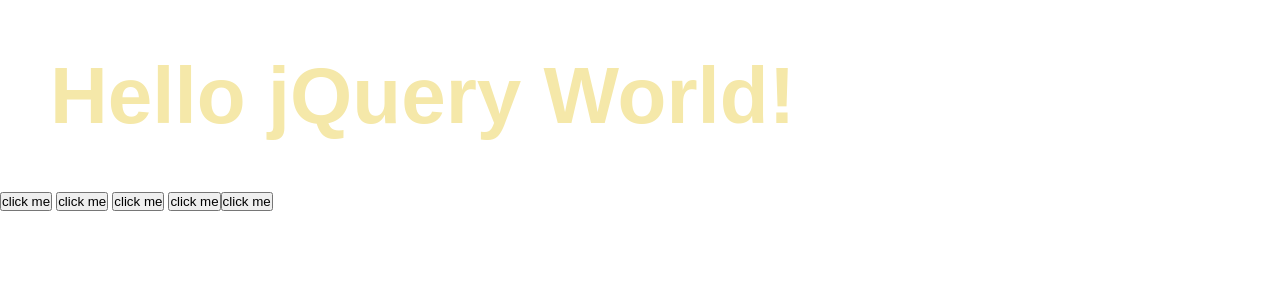
Repository: doncsar/yu-frontend-bootcamp
Page: 18-jQuery/index.html
An editor plug-in stored every save of this project. The page is shown before and after a run of saves, followed by the edit.
The browser window is 1280 px wide. The pictures show the whole page.

Above is the page before, as saved 2024-01-28 14:52:22.

### 18-jQuery/index.html
<!DOCTYPE html>
<html lang="en">
   <head>
      <meta charset="UTF-8" />
      <meta name="viewport" content="width=device-width, initial-scale=1.0" />
      <link rel="stylesheet" href="style.css" />
      <script src="script.js" defer></script>
      <link
         rel="apple-touch-icon"
         sizes="180x180"
         href="apple-touch-icon.png"
      />
      <link
         rel="icon"
         type="image/png"
         sizes="32x32"
         href="favicon-32x32.png"
      />
      <link
         rel="icon"
         type="image/png"
         sizes="16x16"
         href="favicon-16x16.png"
      />
      <title>jQuery</title>
   </head>
   <body>
      <h1>Hello jQuery World!</h1>
      <div>
         <button>click me</button>
         <button>click me</button>
         <button>click me</button>
         <button>click me</button
         ><button>click me</button>
      </div>
      <script src="https://ajax.googleapis.com/ajax/libs/jquery/3.7.1/jquery.min.js"></script>
   </body>
</html>

### 18-jQuery/style.css
*{
   box-sizing: border-box;
   margin: 0;
   padding: 0;
}

.big-title {
   font-size: 5rem;
   color: #f5e8a9;
   font-family: sans-serif;
}

.m-50 {
   margin: 50px;
}

### 18-jQuery/script.js
$('h1').addClass('big-title m-50')

$('h1').text

After the next 2 saves:
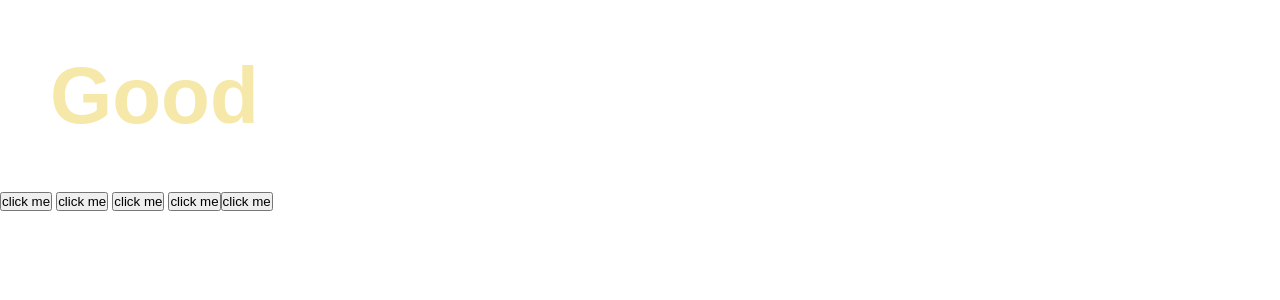
The 2 saves are shown as one change because they came seconds apart.
The last was saved 10 s later.
--- a/18-jQuery/script.js
+++ b/18-jQuery/script.js
@@ -1,3 +1,3 @@
 $('h1').addClass('big-title m-50')
 
-$('h1').text
+$('h1').text('Good')
